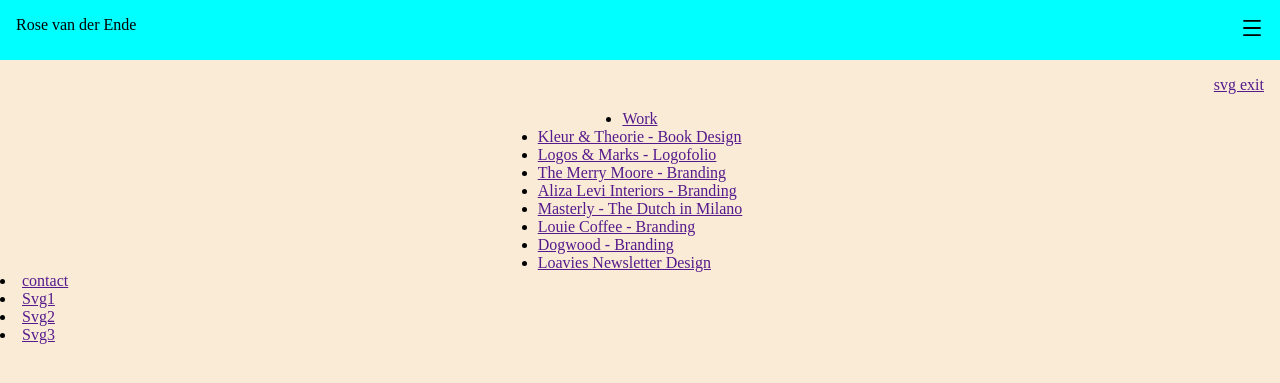
Repository: rahanwz/rose-project-daneshkar
Page: rose.html
These files come from the project's save history. The page is drawn as it stood at one moment and after a run of saves; the edit follows.
The browser window is 1280 px wide. The pictures show the whole page.

Above is the page before, as saved 2024-02-25 12:15:33.
Console error: SyntaxError: Unexpected token '('

After the next 6 saves:
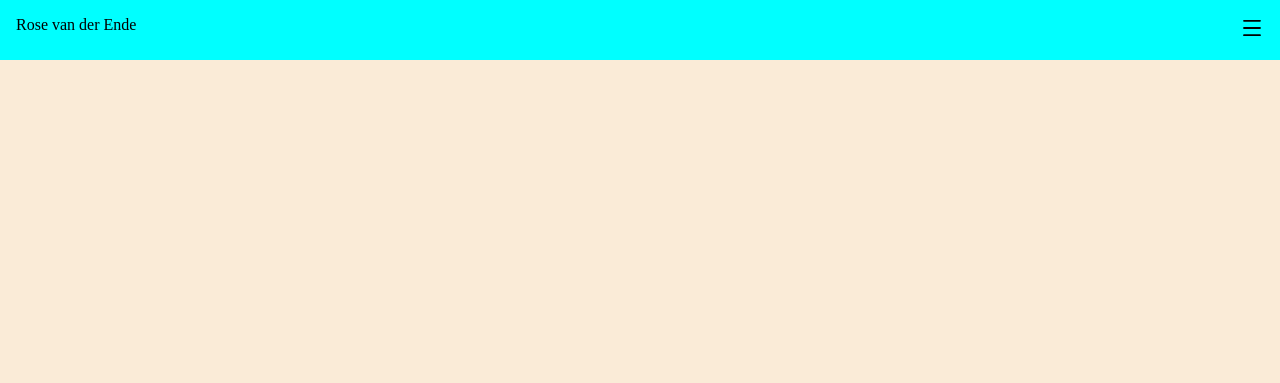
The 6 saves are shown as one change because they came seconds apart.
The last was saved 68 s later.
--- a/rose.css
+++ b/rose.css
@@ -49,5 +49,9 @@
   display: flex;
   justify-content: center;
 }
+
+.menu{
+  display: none;
+}
 @media only screen and (max-width: 600px) {
 }
